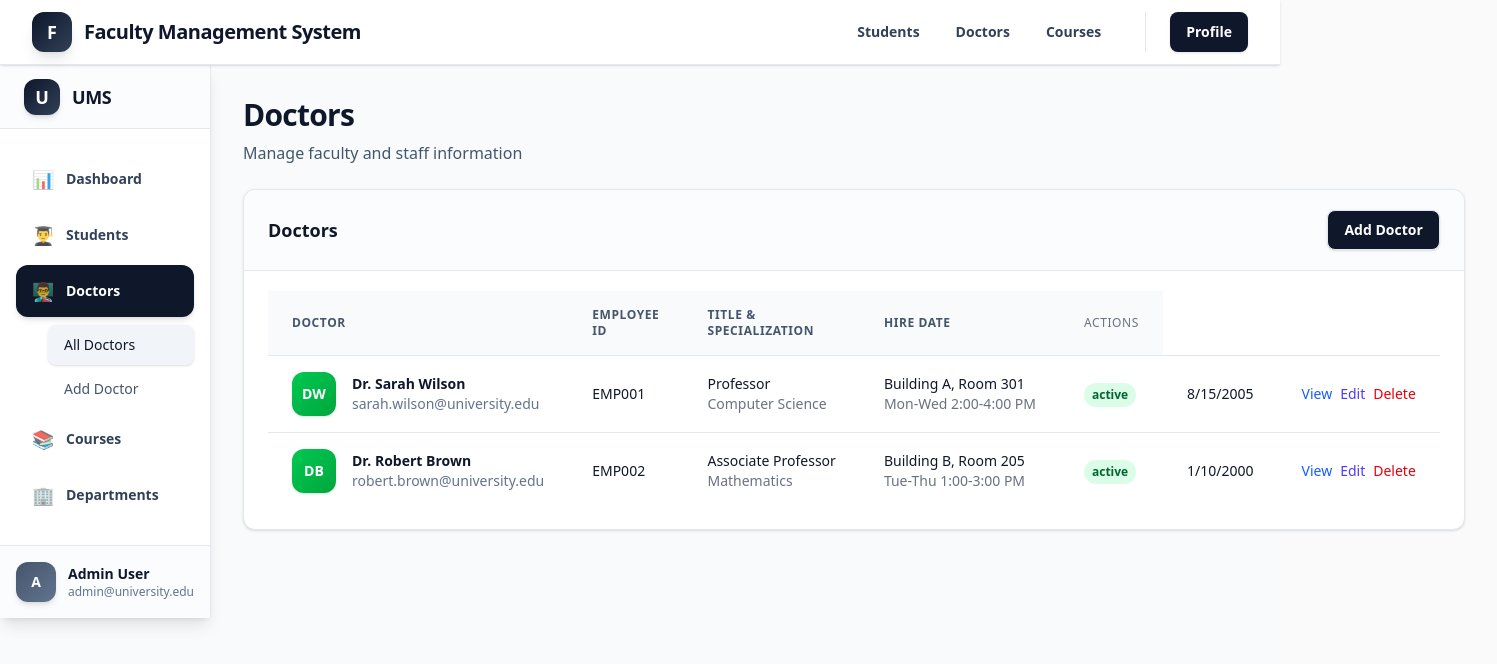
Repository: Mohamedmohsen179/Advanced-DB-Task
Page: /doctors (app in frontend/)
The author's editor kept a copy of each file at every save. The page is drawn from the files as they stood at one save, then again after the next save.
The browser window is 1280 px wide. The page is 1497 px wide, then 1494 px, so the pictures cover 1497 px, including what lies to the right of the window. The pictures show the whole page.
The page's requests for data from a server got no answer. The project was rebuilt for these pictures with package versions that can differ from the ones it lists, and the page was loaded fresh each time. The framework's server and built-in components were replaced by stand-ins that run in the browser. No one was signed in, and anything a server would have sent is missing. Also part of the build but not shown: frontend/next.config.ts.

Above is the page before, as saved 2025-11-28 16:37:42.

After the next save:
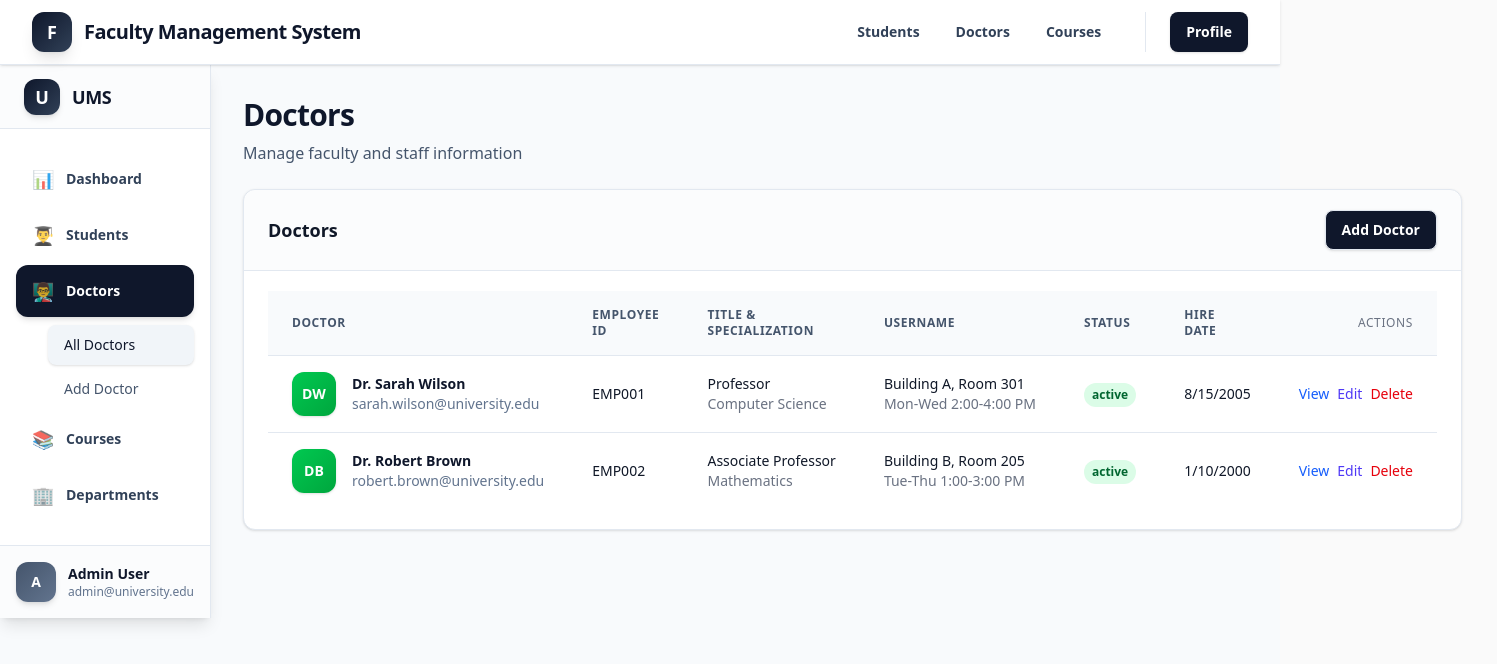
Saved 26 s later.
--- a/frontend/components/doctors/DoctorTable.tsx
+++ b/frontend/components/doctors/DoctorTable.tsx
@@ -72,7 +72,12 @@ export default function DoctorTable({
                 <th className="px-6 py-4 text-left text-xs font-semibold text-slate-600 uppercase tracking-wider">
                   Title & Specialization
                 </th>
-
+                <th className="px-6 py-4 text-left text-xs font-semibold text-slate-600 uppercase tracking-wider">
+                  Username
+                </th>
+                <th className="px-6 py-4 text-left text-xs font-semibold text-slate-600 uppercase tracking-wider">
+                  Status
+                </th>
                 <th className="px-6 py-4 text-left text-xs font-semibold text-slate-600 uppercase tracking-wider">
                   Hire Date
                 </th>
@@ -116,12 +121,12 @@ export default function DoctorTable({
                   </td>
                   <td className="px-6 py-4 whitespace-nowrap">
                     <span className={`inline-flex px-2 py-1 text-xs font-semibold rounded-full ${doctor.status === 'active'
-                      ? 'bg-green-100 text-green-800'
-                      : doctor.status === 'inactive'
-                        ? 'bg-gray-100 text-gray-800'
-                        : doctor.status === 'on_leave'
-                          ? 'bg-yellow-100 text-yellow-800'
-                          : 'bg-blue-100 text-blue-800'
+                        ? 'bg-green-100 text-green-800'
+                        : doctor.status === 'inactive'
+                          ? 'bg-gray-100 text-gray-800'
+                          : doctor.status === 'on_leave'
+                            ? 'bg-yellow-100 text-yellow-800'
+                            : 'bg-blue-100 text-blue-800'
                       }`}>
                       {doctor.status.replace('_', ' ')}
                     </span>
